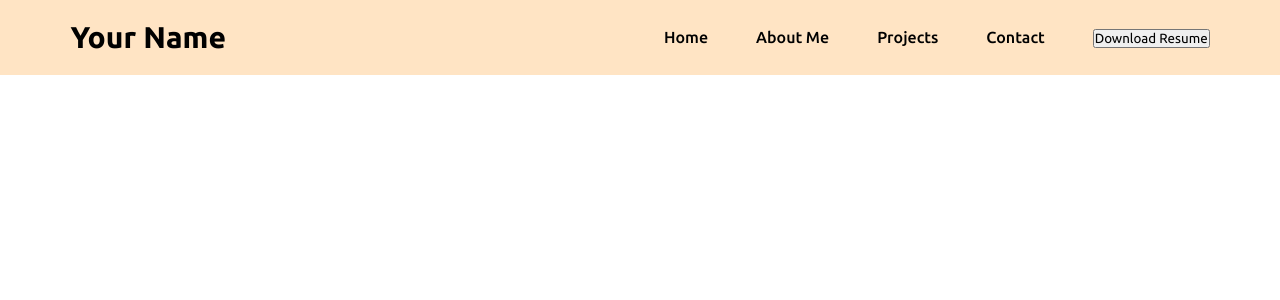
Repository: DevAntonioRogers/vanilla-portfolio
Page: index.html
The author's editor kept a copy of each file at every save. The page is drawn from the files as they stood at one save, then again after the next save.
The browser window is 1280 px wide. The pictures show the whole page.

Above is the page before, as saved 2023-07-14 16:09:12.

After the next save:
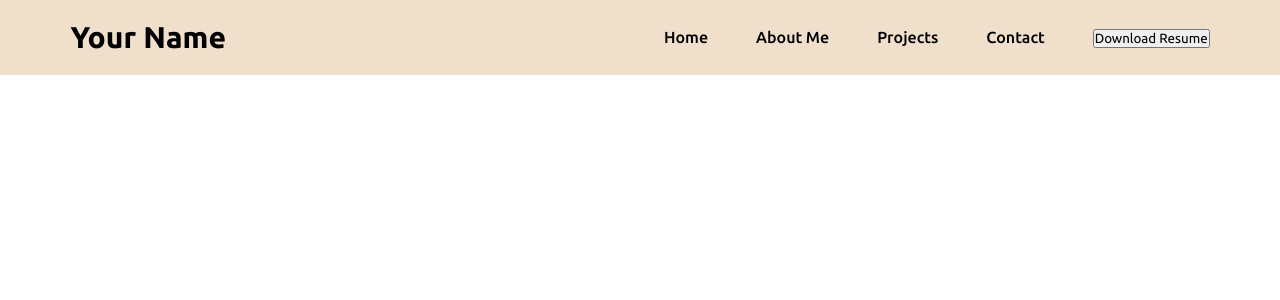
Saved 16 s later.
--- a/style.css
+++ b/style.css
@@ -23,7 +23,7 @@ li {
 }
 
 nav {
-  background: #ffe4c4;
+  background: #f0dfcb;
   padding: 20px 0;
 }
 
